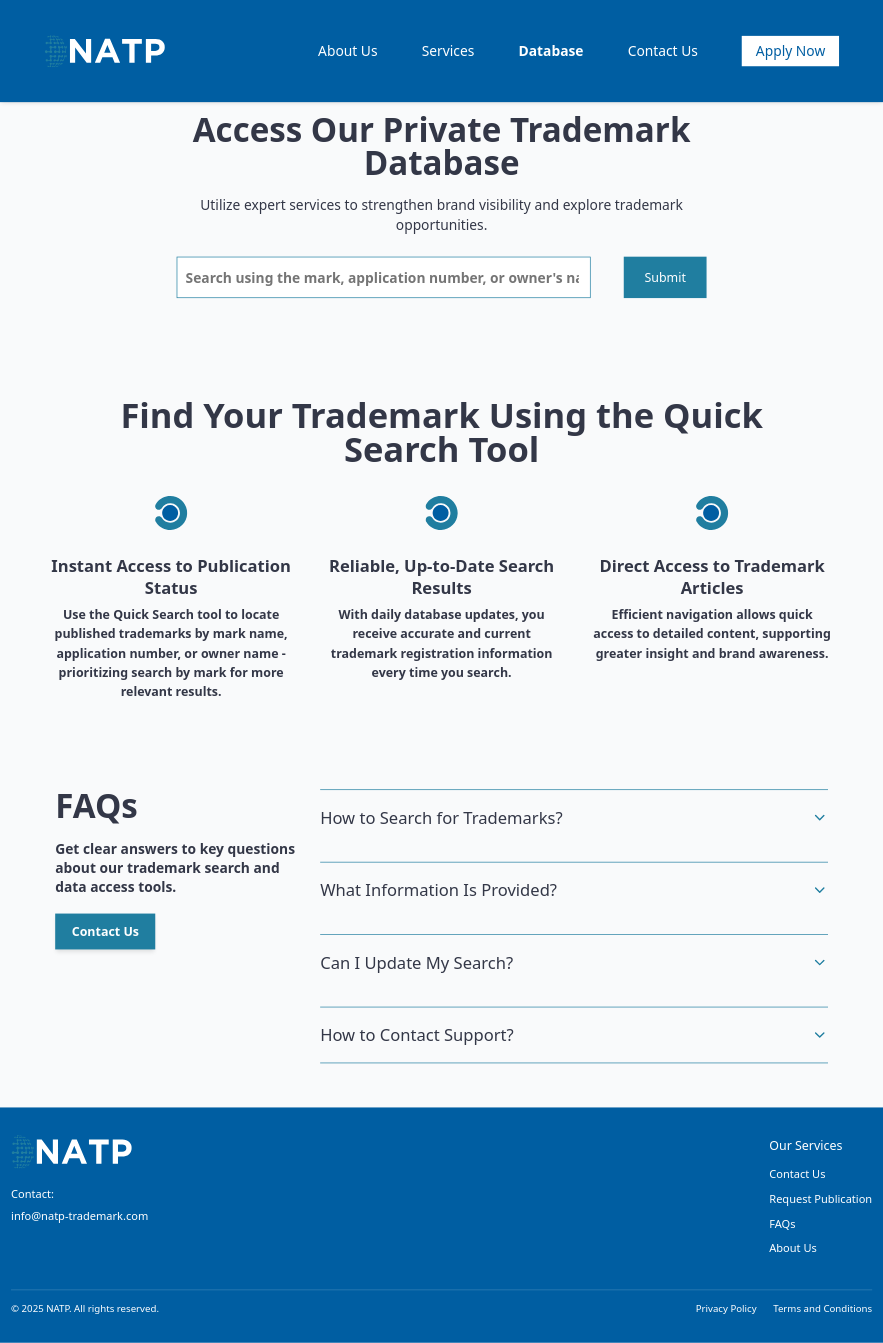
Repository: raushan22882917/natp-preview
Page: /search
The author's editor kept a copy of each file at every save. The page is drawn from the files as they stood at one save, then again after a run of saves.
The browser window is 1280 px wide. The pictures show the whole page, at 69% of full size.
The project was rebuilt for these pictures with package versions that can differ from the ones it lists, and the page was loaded fresh each time. Also part of the build but not shown: vite.config.ts, src/components/ui/tooltip.tsx, src/components/Hero.tsx, src/hooks/use-hash-scroll.tsx, src/pages/Index.tsx, src/pages/About.tsx, src/components/ui/card.tsx, src/components/SearchResults.tsx and 34 more.

Above is the page before, as saved 2025-05-13 18:35:27.

After the next 2 saves:
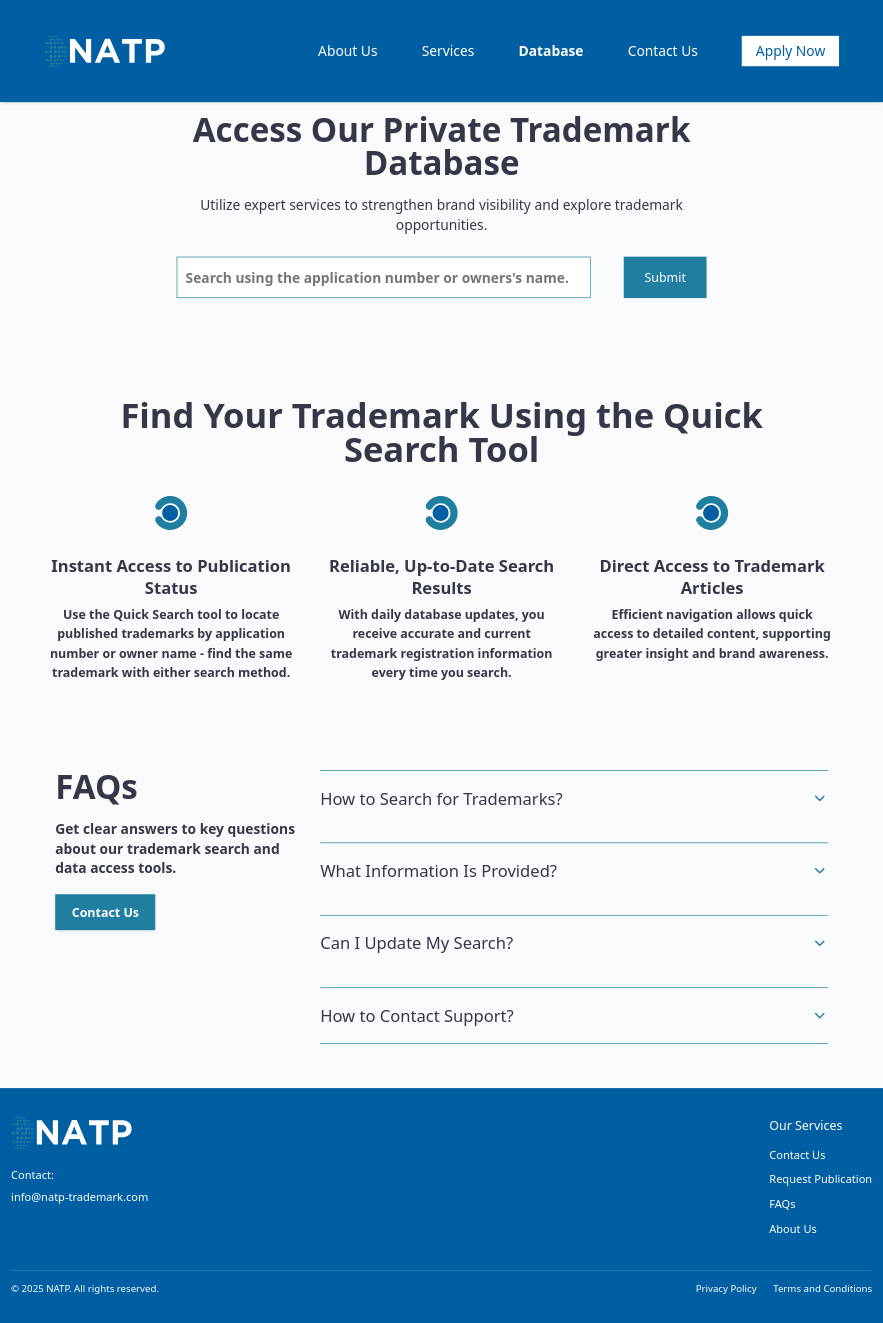
The 2 saves are shown as one change because they came seconds apart.
The last was saved 89 s later.
--- a/src/pages/Search.tsx
+++ b/src/pages/Search.tsx
@@ -59,7 +59,7 @@ export default function Search() {
           matchReason = `Match found by application number: ${trademark.application_number}`;
         }
 
-        // 2. Exact word match for mark words (case sensitive) - PRIORITIZED
+        // 2. Exact word match for mark words (case sensitive)
         if (!matchFound && trademark.mark) {
           // Split by whitespace to get individual words
           const markWords = trademark.mark.split(/\s+/);
@@ -69,16 +69,9 @@ export default function Search() {
             matchFound = true;
             matchReason = `Match found by mark word: ${query} in ${trademark.mark}`;
           }
-
-          // Also check if the query is contained within the mark (for partial matches)
-          if (!matchFound && trademark.mark.includes(query)) {
-            matchFound = true;
-            matchReason = `Match found by partial mark match: ${query} in ${trademark.mark}`;
-          }
         }
 
         // 3. Exact word match for owner name words (except "LLC") (case insensitive for owner names)
-        // Now lowest priority
         if (!matchFound && trademark.owner_name) {
           // Split by whitespace to get individual words
           const ownerWords = trademark.owner_name.split(/\s+/);
@@ -180,7 +173,7 @@ export default function Search() {
     {
       title: "Instant Access to Publication Status",
       description:
-        "Use the Quick Search tool to locate published trademarks by mark name, application number, or owner name - prioritizing search by mark for more relevant results.",
+        "Use the Quick Search tool to locate published trademarks by application number or owner name - find the same trademark with either search method.",
     },
     {
       title: "Reliable, Up-to-Date Search Results",
@@ -197,7 +190,7 @@ export default function Search() {
     {
       question: "How to Search for Trademarks?",
       answer:
-        "You can find trademarks by searching with the mark name, application number, or owner name. Enter an exact word from the trademark mark (e.g., 'NIKE'), the exact application number (e.g., 97654321), or an exact word from the owner name (except 'LLC') in the search field and select 'Submit'. The search prioritizes matches by mark first, then application number, and finally owner name. The search is case sensitive for application numbers and mark words, but case insensitive for owner names. For example, searching for 'raushan' will match both 'raushan' and 'RAUSHAN' in owner names. For application numbers, all digits must match exactly. Each result links to a detailed article for further information.",
+        "You can find the same trademark by searching with either its application number or a word from its owner name or mark. Enter the exact application number (e.g., 97654321), an exact word from the trademark name, or an exact word from the owner name (except 'LLC') in the search field and select 'Submit'. The search is case sensitive for application numbers and mark words, but case insensitive for owner names. For example, searching for 'raushan' will match both 'raushan' and 'RAUSHAN' in owner names. For application numbers, all digits must match exactly. Each result links to a detailed article for further information.",
     },
     {
       question: "What Information Is Provided?",
@@ -242,7 +235,7 @@ export default function Search() {
             <div className="relative w-full">
               <Input
                 type="text"
-                placeholder="Search using the mark, application number, or owner's name."
+                placeholder="Search using the application number or owners's name."
                 className="bg-white w-full sm:w-[600px] h-[60px] text-gray-600 z-10 relative pr-4 py-3 border-[#207ea0] !text-xl font-semibold"
                 value={inputValue}
                 onChange={(e) => setInputValue(e.target.value)}
@@ -309,7 +302,9 @@ export default function Search() {
               data access tools.
             </p>
             <button className="bg-[#207ea0] text-white px-6 py-3 shadow-md hover:bg-[#207ea0] transition-colors text-lg font-semibold">
+
               Contact Us
+
             </button>
           </div>
 
